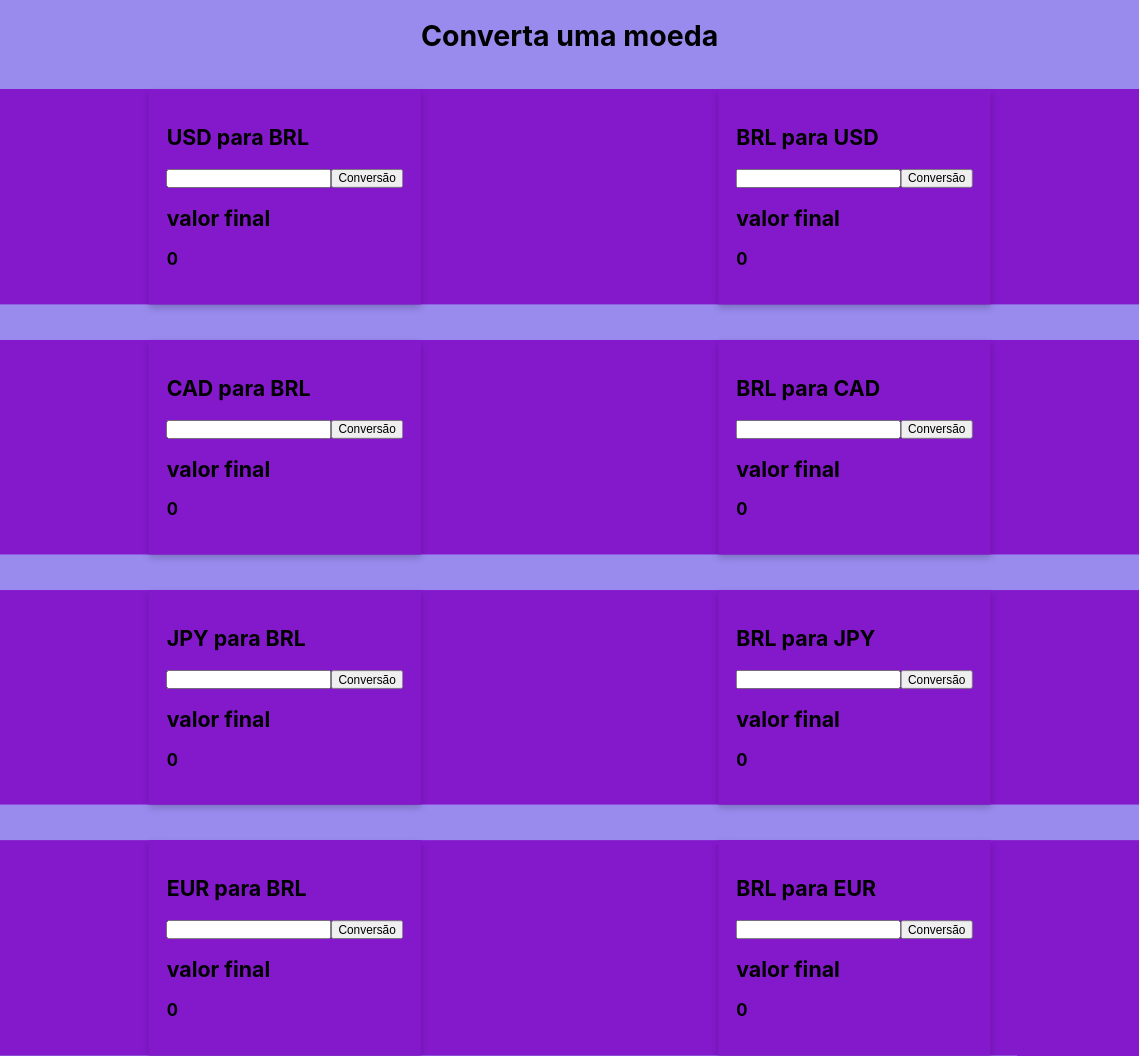
Repository: DeanLemosXD/Currency-converter
Page: /
The author's editor kept a copy of each file at every save. The page is drawn from the files as they stood at one save, then again after the next save.
The browser window is 1280 px wide. The pictures show the whole page, at 89% of full size.
The project was rebuilt for these pictures with package versions that can differ from the ones it lists, and the page was loaded fresh each time.

Above is the page before, as saved 2021-10-19 18:25:24.

After the next save:
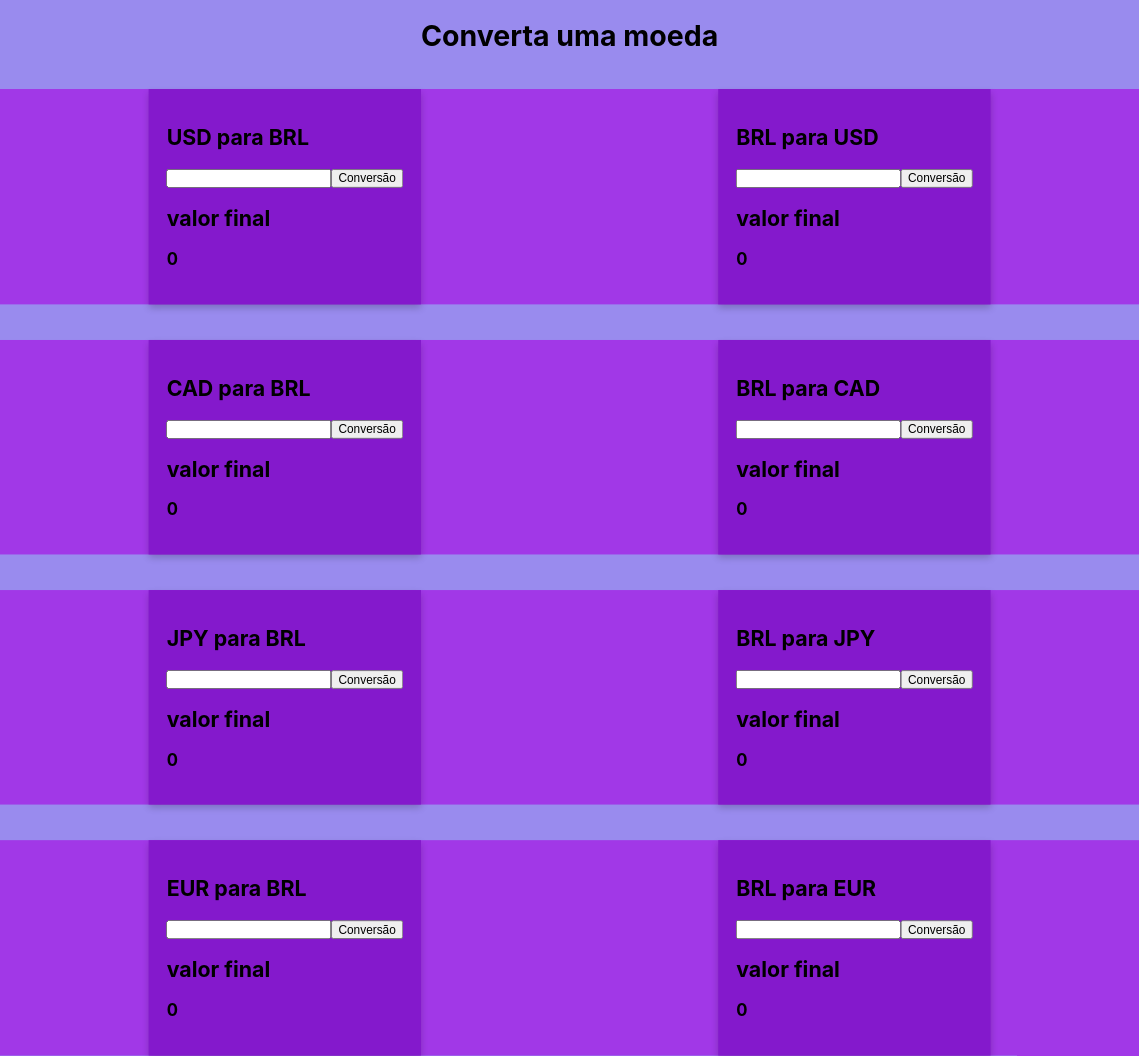
Saved 11 s later.
--- a/src/App.css
+++ b/src/App.css
@@ -2,18 +2,16 @@
     display:flex;
     margin-top:  40px;
     justify-content: space-around;
-    background-color:rgb(132, 25, 204)
+    background-color:rgb(161, 56, 231)
 
 }
 
 h1{
 
     text-align: center;
-
 }
 
 .app{
     margin: auto;
     max-width: 900px;
-
 }
